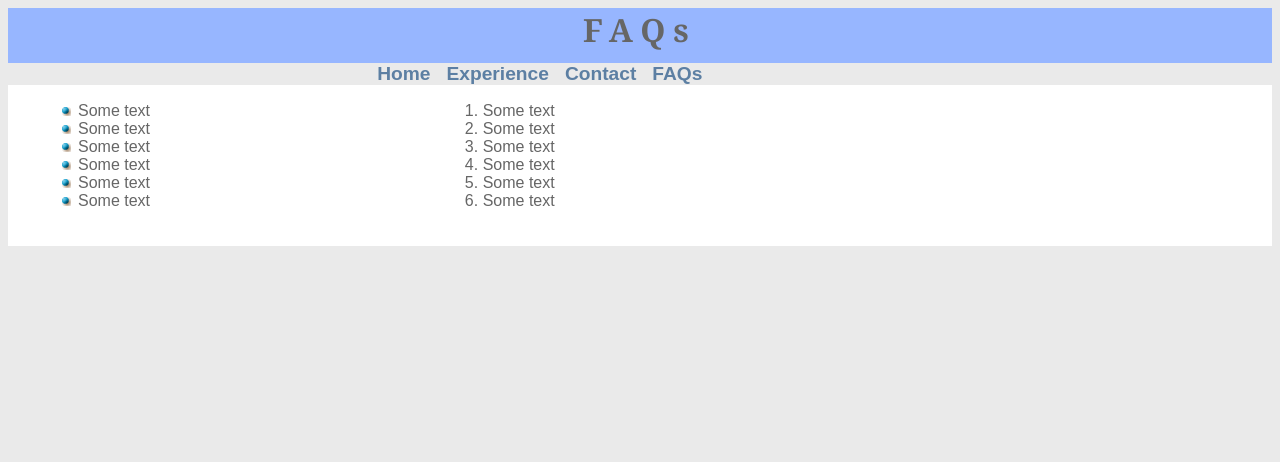
Repository: FNTech126/fntech126.github.io
Page: faqs.html
An editor plug-in stored every save of this project. The page is shown before and after the next save, followed by the edit.
The browser window is 1280 px wide. The pictures show the whole page.

Above is the page before, as saved 2022-10-16 16:24:12.

### faqs.html
<!--Frank Ngalle-->
<!Doctype html>
 <!-- link goes in the head-->
<html lang="en">
    <head>
      <link rel="stylesheet" href="fn.css">
      <meta charset="UTF-8">
        <meta http-equiv="X-UA-Compatible" content="IE=edge">
        <meta name="viewport" content="width=device-width, initial-scale=1.0">
        <title>Document</title> <!-- title must relate to your website -->
    </head>
        <body class="content">


            <header><h1>FAQs</h1></header>

            <nav>

                <a href="index.html">Home<b></b></a> &nbsp;
                <a href="experience.html">Experience</a> &nbsp;
                <a href="contact.html">Contact</a> &nbsp;
                <a href="faqs.html">FAQs</a> &nbsp;
            </nav>
            <main>
                <style><!-- style is not allowed so delete the whole element -->
                    ul {
                      column-count: 1;
                      column-rule: dotted 1px #333;
                      list-style-type: none;
                    }
                  </style>
                <ul>
                    <li>Some text</li>
                    <li>Some text</li>
                    <li>Some text</li>
                    <li>Some text</li>
                    <li>Some text</li>
                    <li>Some text</li>
                  </ul>

                  <style><!-- style is not allowed so delete the whole element -->
                    ul {
                      column-count: 1;
                      column-rule: dotted 1px #333;
                      list-style-type: none;
                    }
                  </style>
                <ol>
                    <li>Some text</li>
                    <li>Some text</li>
                    <li>Some text</li>
                    <li>Some text</li>
                    <li>Some text</li>
                    <li>Some text</li>
                </ol>
            </main>
<!-- missing the footer like on index page -->
<!-- body close goes here -->
<!-- html close goes here -->

### fn.css
/*Frank Ngalle*/

*{box-sizing: border-box; }

body {

    background-color: #EAEAEA;
    color: #666666;
    font-family: Arial, Helvetica, sans-serif;

}

#wrapper {

    background-color: #90C7E3;
    background-image: linear-gradient(to bottom, #FFFFFF, #90C7E3);
    background-repeat: no-repeat;
}

table {
    border: 2px solid #3399CC;
    border-collapse: collapse;
}
td, th {
    padding: 0.5em;
    border: 2px solid #3399CC;
}
td{ text-align: center;}
.text { text-align: left;}
tr:nth-of-type(odd) { background-color: #F5FAFC;}


header {
    background-color: #97b6ff;
    background-position: right ;
    background-repeat: no-repeat ;
    block-size: 55px;
    text-align: center;

}



h1 {

  font-family: Georgia, 'Times New Roman', Times, serif;

  letter-spacing: 0.25em;
  margin-top: 0.5px;
  margin-bottom: 0.5px ;
}
h2 {
    color:#1976D2;
    font-family: Georgia, 'Times New Roman', Times, serif;
    text-shadow: 1px 1px 1px #CCCCCC;
}
h3 {
    color: #000033;
    font-family: Georgia, 'Times New Roman', Times, serif;
}
nav {

    font-weight: bold;
    padding: 0px;
    font-size: 120%;
    text-align: center;
    margin-left: 350px;

}


nav ul{
    list-style-type: none;
    margin: 0;
    padding-left: 0;
    font-size: 1.2em;}
nav li { border-bottom: 1px solid #000033;}
nav a { text-decoration: none;}
nav a:link {color: #5C7FA3;}
nav a:visited {color: #344873;}
nav a:hover {color: #A52A2A}


main {
        padding: 1px 20px 20px 20px;

padding-left: 30px;
display: block;
background-color: rgb(255, 255, 255);
overflow: auto;
}


main ul {
    list-style-image: url(marker.gif);
}

dt {
    color: #002171;
}


footer {
    font-size: 75%;
    font-style: italic;
    text-align: center;
    font-family: Georgia, 'Times New Roman', Times, serif;
    padding: 12em ;
}

#homehero {
height: 300px;
background-image: url(img/Hero.png);
background-repeat: repeat;
background-size: 100% 100%;
}

#ideahero {
    height: 450px;
    background-image: url(img/ideas.jpg);
    background-repeat: no-repeat;
    background-size: 100% 100%;
    width: auto;
    }

@media (min-width: 600px)  {
    nav ul { display:flex;
        flex-flow: row nowrap;
        justify-content: space-around;}
    nav li {border-bottom: none;}
    section { padding-left: 2em;
              padding-right: 2em;}
              .content main {display: grid;
              grid-template-rows: auto;
              grid-template-columns: 1fr 1fr 1fr;}
              h2 { grid-row: 1 / 2; grid-column: 1 / 5 ; }
              section { grid-row: 2 /3; grid-column: auto ;}
              #special {grid-row: auto; grid-column: 1 / 5;}
              footer { grid-row:auto; grid-column: 1 / 5;}
              form { display: grid;
                grid-gap: 1em; gap: 1em;
                grid-template-columns: 6em 1fr;
                grid-template-rows: auto;
			  width: 60%;}
                input[type="submit"] { grid-column: 2 / 3;
                width: 9em;}
}

@media (min-width: 1024px)  {
    nav ul { display:flex;
        flex-flow: column;
        padding-top: 1em; }
    nav {text-align: left;
         padding-left: 1em;}
    #wrapper { margin: auto;
               width: 80%;
               border: 1px solid #000033;
               box-shadow: 1px 1px #000033;
               display: grid;
               grid-template-columns: 180px auto ;
               grid-template-rows: auto;}

    header { grid-row: 1 / 2; grid-column: 1 / 3;}
    nav    {grid-row: 2 / 5; grid-column: 1 / 2;}
    div    {grid-row: 2 / 3; grid-column: 2 / 3;}
    main { grid-row: 3 / 4; grid-column: 2 / 3;}
    footer { grid-row: 4 / 5; grid-column: 2 / 3;}
}

After the next save:
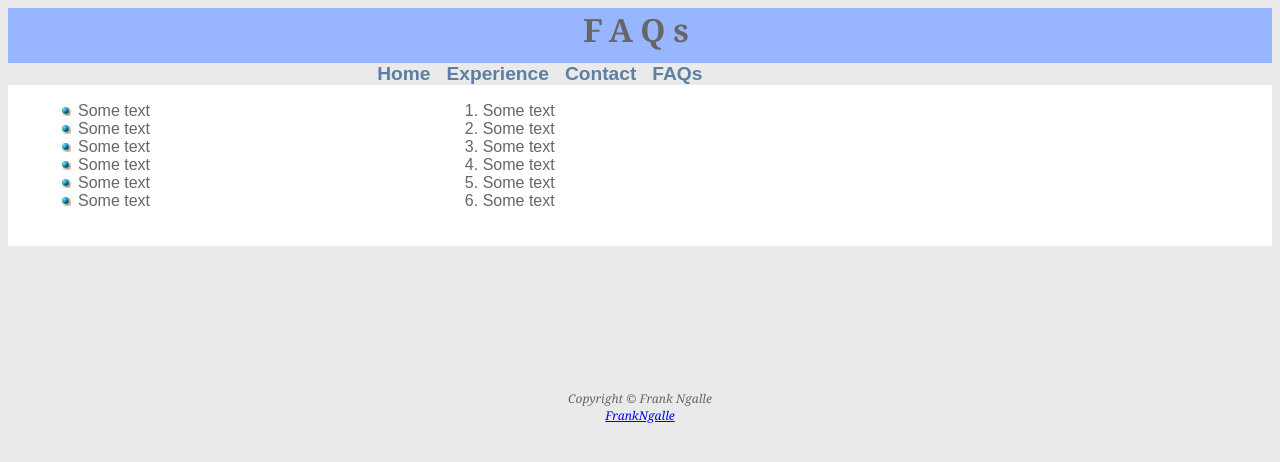
Saved 37 min 45 s later.
--- a/faqs.html
+++ b/faqs.html
@@ -54,6 +54,10 @@
                     <li>Some text</li>
                 </ol>
             </main>
-<!-- missing the footer like on index page -->
+            <footer>
+              Copyright © Frank Ngalle<br>
+              <a href="mailto:FrankNgalle@Ngalle.com">FrankNgalle</a>
+
+          </footer>
 <!-- body close goes here -->
 <!-- html close goes here -->
